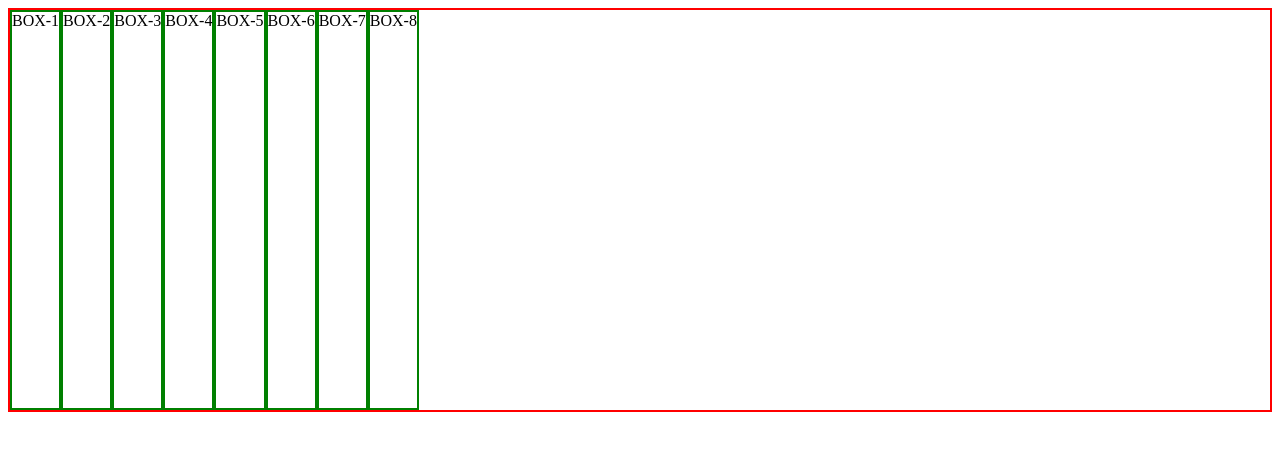
Repository: ARUN-YERRAM/HTMLLEARNING
Page: indxs.html
The author's editor kept a copy of each file at every save. The page is drawn from the files as they stood at one save, then again after the next save.
The browser window is 1280 px wide. The pictures show the whole page.

Above is the page before, as saved 2024-01-26 22:08:26.

After the next save:
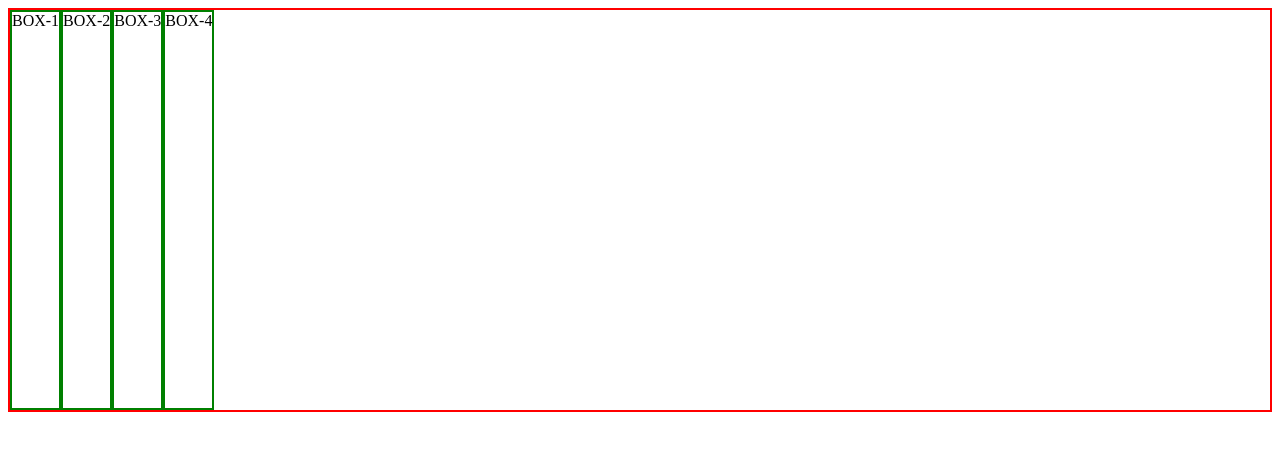
Saved 7 s later.
--- a/indxs.html
+++ b/indxs.html
@@ -13,10 +13,10 @@
         <div class="box">BOX-2</div>
         <div class="box">BOX-3</div>
         <div class="box">BOX-4</div>
-        <div class="box">BOX-5</div>
-        <div class="box">BOX-6</div>
-        <div class="box">BOX-7</div>
-        <div class="box">BOX-8</div>
+
+
+
+
     </div>
 </body>
 </html>
